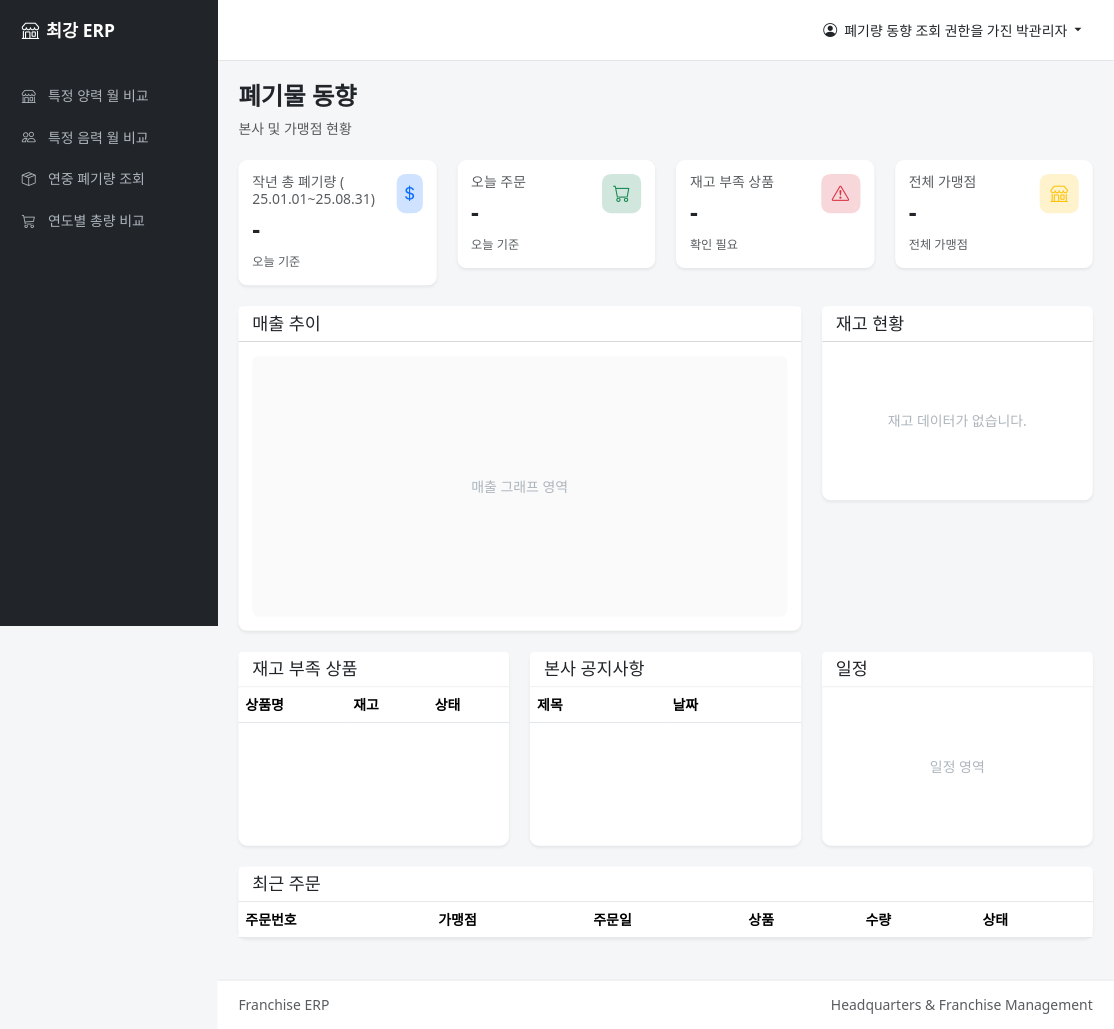
Repository: nojong99/kosta
Page: 32_MVCModel2/src/main/webapp/wasteTrends.html
The author's editor kept a copy of each file at every save. The page is drawn from the files as they stood at one save, then again after the next save.
The browser window is 1280 px wide. The pictures show the whole page, at 87% of full size.

Above is the page before, as saved 2026-09-23 02:49:01.

### 32_MVCModel2/src/main/webapp/wasteTrends.html
<!DOCTYPE html>
<html lang="ko">

<head>
    <meta charset="UTF-8">
    <meta name="viewport" content="width=device-width, initial-scale=1">

    <title>Franchise ERP</title>

    <link
        href="https://cdn.jsdelivr.net/npm/bootstrap@5.3.8/dist/css/bootstrap.min.css"
        rel="stylesheet">
    <link
        rel="stylesheet"
        href="https://cdn.jsdelivr.net/npm/bootstrap-icons@1.13.1/font/bootstrap-icons.min.css">
	<link rel="stylesheet" href="css/wasteTrends.css">


</head>


<body>

<div class="sidebar">

    <div class="logo">

        <i class="bi bi-shop me-2"></i>

        <span>최강 ERP</span>

    </div>


    <ul class="nav flex-column mt-3">


        <!-- 대시보드 -->

        <li class="nav-item">

            <a class="nav-link" href="#">

                <i class="bi bi-shop"></i>

                <span>특정 양력 월 비교</span>

            </a>

        </li>

        <li class="nav-item">

            <a class="nav-link" href="#">

                <i class="bi bi-people"></i>

                <span>특정 음력 월 비교</span>

            </a>

        </li>

        <li class="nav-item">

            <a class="nav-link" href="#">

                <i class="bi bi-box-seam"></i>

                <span>연중 폐기량 조회</span>

            </a>

        </li>

        <li class="nav-item">

            <a class="nav-link" href="#">

                <i class="bi bi-cart3"></i>

                <span>연도별 총량 비교</span>

            </a>

        </li>



    </ul>

</div>



<!-- ==================================================
     MAIN
================================================== -->

<div class="main">


    <!-- ==================================================
         TOPBAR
    ================================================== -->

    <nav class="navbar topbar px-4">

        <div>

            <button
                class="btn btn-light d-md-none">

                <i class="bi bi-list"></i>
            </button>

        </div>


        <div class="dropdown">

            <button
                class="btn dropdown-toggle"
                data-bs-toggle="dropdown">

                <i class="bi bi-person-circle me-1"></i>

                폐기량 동향 조회 권한을 가진 박관리자

            </button>


            <ul class="dropdown-menu dropdown-menu-end">

                <li>
                    <a class="dropdown-item" href="#">
                        프로필
                    </a>
                </li>

                <li>
                    <a class="dropdown-item" href="#">
                        설정
                    </a>
                </li>

                <li>
                    <hr class="dropdown-divider">
                </li>

                <li>
                    <a class="dropdown-item" href="#">
                        로그아웃
                    </a>
                </li>

            </ul>

        </div>

    </nav>



    <!-- ==================================================
         CONTENT
    ================================================== -->

    <main class="container-fluid p-4">


        <!-- 제목 -->

        <div class="mb-4">

            <h3 class="fw-bold">
                폐기물 동향
            </h3>

            <p class="text-muted mb-0">
                본사 및 가맹점 현황
            </p>

        </div>

        <div class="row g-4 mb-4">
            <div class="col-12 col-sm-6 col-xl-3">

                <div class="card dashboard-card shadow-sm">

                    <div class="card-body">

                        <div class="d-flex justify-content-between">

                            <div>

                                <h6 class="text-muted">
                                    작년 총 폐기량 ( 25.01.01~25.08.31)
                                </h6>

                                <h3 class="fw-bold">
                                    -
                                </h3>

                            </div>


                            <div class="dashboard-icon bg-primary-subtle text-primary">

                                <i class="bi bi-currency-dollar"></i>

                            </div>

                        </div>

                        <small class="text-muted">
                            오늘 기준
                        </small>

                    </div>

                </div>

            </div>



            <!-- 주문 -->

            <div class="col-12 col-sm-6 col-xl-3">

                <div class="card dashboard-card shadow-sm">

                    <div class="card-body">

                        <div class="d-flex justify-content-between">

                            <div>

                                <h6 class="text-muted">
                                    오늘 주문
                                </h6>

                                <h3 class="fw-bold">
                                    -
                                </h3>

                            </div>


                            <div class="dashboard-icon bg-success-subtle text-success">

                                <i class="bi bi-cart"></i>

                            </div>

                        </div>

                        <small class="text-muted">
                            오늘 기준
                        </small>

                    </div>

                </div>

            </div>



            <!-- 재고 부족 -->

            <div class="col-12 col-sm-6 col-xl-3">

                <div class="card dashboard-card shadow-sm">

                    <div class="card-body">

                        <div class="d-flex justify-content-between">

                            <div>

                                <h6 class="text-muted">
                                    재고 부족 상품
                                </h6>

                                <h3 class="fw-bold">
                                    -
                                </h3>

                            </div>


                            <div class="dashboard-icon bg-danger-subtle text-danger">

                                <i class="bi bi-exclamation-triangle"></i>

                            </div>

                        </div>

                        <small class="text-muted">
                            확인 필요
                        </small>

                    </div>

                </div>

            </div>



            <!-- 가맹점 -->

            <div class="col-12 col-sm-6 col-xl-3">

                <div class="card dashboard-card shadow-sm">

                    <div class="card-body">

                        <div class="d-flex justify-content-between">

                            <div>

                                <h6 class="text-muted">
                                    전체 가맹점
                                </h6>

                                <h3 class="fw-bold">
                                    -
                                </h3>

                            </div>


                            <div class="dashboard-icon bg-warning-subtle text-warning">

                                <i class="bi bi-shop"></i>

                            </div>

                        </div>

                        <small class="text-muted">
                            전체 가맹점
                        </small>

                    </div>

                </div>

            </div>

        </div>



        <!-- ==================================================
             2. 매출 / 재고
        ================================================== -->

        <div class="row g-4 mb-4">


            <!-- 매출 그래프 -->

            <div class="col-12 col-xl-8">

                <div class="card dashboard-card shadow-sm">

                    <div class="card-header bg-white">

                        <h5 class="mb-0">
                            매출 추이
                        </h5>

                    </div>

                    <div class="card-body">

                        <div class="chart-area">

                            <span>
                                매출 그래프 영역
                            </span>

                        </div>

                    </div>

                </div>

            </div>



            <!-- 재고 -->

            <div class="col-12 col-xl-4">

                <div class="card dashboard-card shadow-sm">

                    <div class="card-header bg-white">

                        <h5 class="mb-0">
                            재고 현황
                        </h5>

                    </div>

                    <div class="card-body">

                        <div class="empty-data">

                            재고 데이터가 없습니다.

                        </div>

                    </div>

                </div>

            </div>

        </div>



        <!-- ==================================================
             3. 재고 / 공지 / 일정
        ================================================== -->

        <div class="row g-4 mb-4">


            <!-- 재고 부족 -->

            <div class="col-12 col-lg-4">

                <div class="card dashboard-card shadow-sm h-100">

                    <div class="card-header bg-white">

                        <h5 class="mb-0">
                            재고 부족 상품
                        </h5>

                    </div>


                    <div class="card-body p-0">

                        <div class="table-responsive">

                            <table class="table table-hover mb-0">

                                <thead>

                                    <tr>

                                        <th>상품명</th>

                                        <th>재고</th>

                                        <th>상태</th>

                                    </tr>

                                </thead>


                                <tbody>

                                    <!-- DB 데이터 출력 -->

                                </tbody>

                            </table>

                        </div>

                    </div>

                </div>

            </div>



            <!-- 공지 -->

            <div class="col-12 col-lg-4">

                <div class="card dashboard-card shadow-sm h-100">

                    <div class="card-header bg-white">

                        <h5 class="mb-0">
                            본사 공지사항
                        </h5>

                    </div>


                    <div class="card-body p-0">

                        <div class="table-responsive">

                            <table class="table table-hover mb-0">

                                <thead>

                                    <tr>

                                        <th>제목</th>

                                        <th>날짜</th>

                                    </tr>

                                </thead>


                                <tbody>

                                    <!-- DB 데이터 출력 -->

                                </tbody>

                            </table>

                        </div>

                    </div>

                </div>

            </div>



            <!-- 일정 -->

            <div class="col-12 col-lg-4">

                <div class="card dashboard-card shadow-sm h-100">

                    <div class="card-header bg-white">

                        <h5 class="mb-0">
                            일정
                        </h5>

                    </div>


                    <div class="card-body">

                        <div class="empty-data">

                            일정 영역

                        </div>

                    </div>

                </div>

            </div>

        </div>



        <!-- ==================================================
             4. 최근 주문
        ================================================== -->

        <div class="card dashboard-card shadow-sm">


            <div class="card-header bg-white">

                <h5 class="mb-0">
                    최근 주문
                </h5>

            </div>


            <div class="card-body p-0">

                <div class="table-responsive">

                    <table class="table table-hover mb-0">

                        <thead>

                            <tr>

                                <th>주문번호</th>

                                <th>가맹점</th>

                                <th>주문일</th>

                                <th>상품</th>

                                <th>수량</th>

                                <th>상태</th>

                            </tr>

                        </thead>


                        <tbody>

                            <!--
                                나중에 DB에서 가져온 데이터를
                                여기에 출력
                            -->

                        </tbody>

                    </table>

                </div>

            </div>

        </div>


    </main>



    <!-- ==================================================
         FOOTER
    ================================================== -->

    <footer class="py-3 mt-4 bg-white border-top">

        <div class="container-fluid px-4">

            <div class="d-flex justify-content-between">

                <span class="text-muted">
                    Franchise ERP
                </span>

                <span class="text-muted">
                    Headquarters & Franchise Management
                </span>

            </div>

        </div>

    </footer>


</div>



<!-- Bootstrap 5 JS -->

<script
    src="https://cdn.jsdelivr.net/npm/bootstrap@5.3.8/dist/js/bootstrap.bundle.min.js">
</script>


</body>

</html>

### 32_MVCModel2/src/main/webapp/css/wasteTrends.css
@charset "UTF-8";


body {
    background-color: #f5f6f8;
}

/* 사이드바 */
.sidebar {
    width: 250px;
    min-height: 100vh;
    background-color: #212529;
    position: fixed;
    left: 0;
    top: 0;
}

.sidebar .logo {
    height: 70px;
    display: flex;
    align-items: center;
    padding: 0 25px;
    font-size: 20px;
    font-weight: bold;
    color: white;
}

.sidebar .nav-link {
    color: #adb5bd;
    padding: 12px 25px;
}

.sidebar .nav-link:hover,
.sidebar .nav-link.active {
    color: white;
    background-color: #343a40;
}

.sidebar .nav-link i {
    margin-right: 10px;
}

/* 메인 */
.main {
    margin-left: 250px;
    min-height: 100vh;
}

/* 상단바 */
.topbar {
    height: 70px;
    background-color: white;
    border-bottom: 1px solid #dee2e6;
}

/* 카드 */
.dashboard-card {
    border: none;
    border-radius: 10px;
}

.dashboard-icon {
    width: 45px;
    height: 45px;
    border-radius: 10px;

    display: flex;
    align-items: center;
    justify-content: center;

    font-size: 20px;
}

/* 차트 영역 */
.chart-area {
    height: 300px;

    display: flex;
    align-items: center;
    justify-content: center;

    color: #adb5bd;
    background-color: #fafafa;
    border-radius: 8px;
}

/* 빈 데이터 */
.empty-data {
    height: 150px;

    display: flex;
    align-items: center;
    justify-content: center;

    color: #adb5bd;
}

@media (max-width: 768px) {

    .sidebar {
        width: 70px;
    }

    .sidebar .logo span,
    .sidebar .nav-link span {
        display: none;
    }

    .sidebar .nav-link {
        text-align: center;
        padding: 15px 0;
    }

    .sidebar .nav-link i {
        margin: 0;
    }

    .main {
        margin-left: 70px;
    }

}

After the next save:
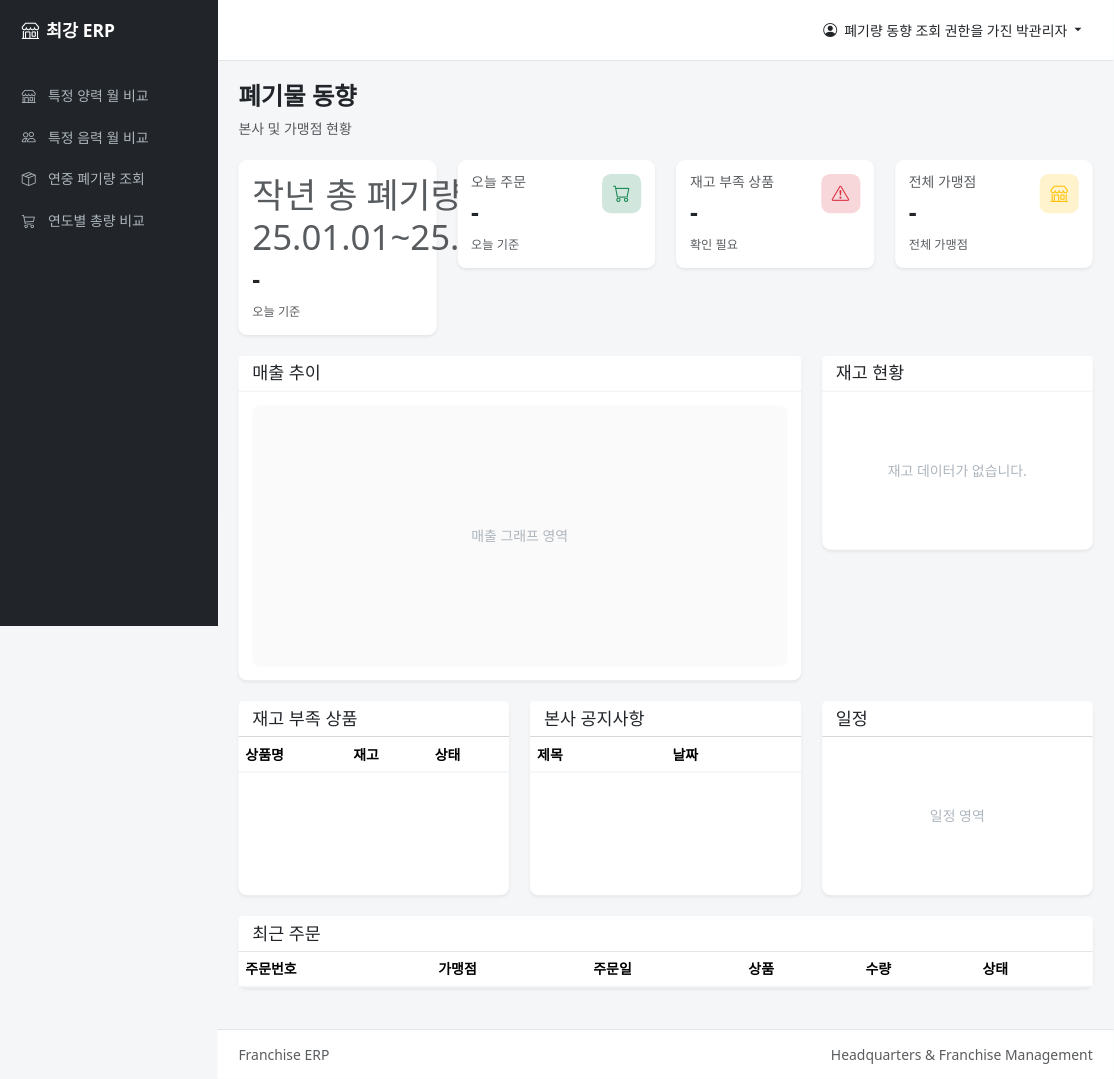
Saved 4 s later.
--- a/32_MVCModel2/src/main/webapp/wasteTrends.html
+++ b/32_MVCModel2/src/main/webapp/wasteTrends.html
@@ -194,9 +194,9 @@
 
                             <div>
 
-                                <h6 class="text-muted">
+                                <h1 class="text-muted">
                                     작년 총 폐기량 ( 25.01.01~25.08.31)
-                                </h6>
+                                </h1>
 
                                 <h3 class="fw-bold">
                                     -
